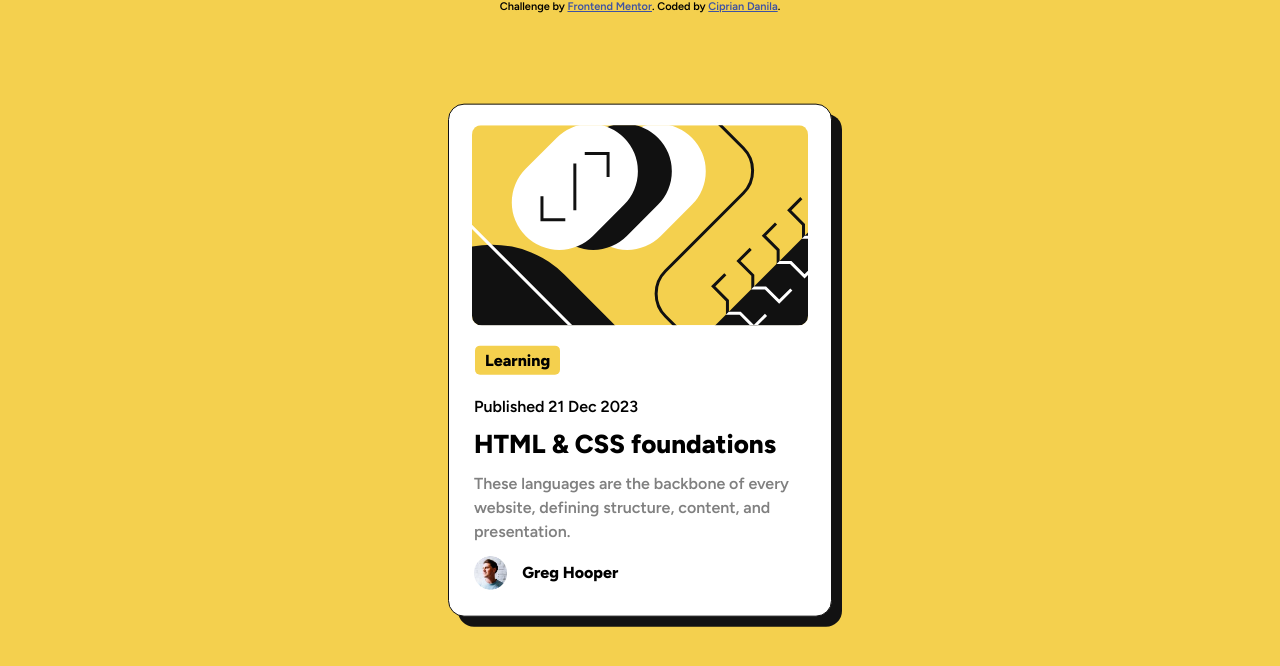
Repository: cipdanila/blog-preview-card
Page: index.html
An editor plug-in stored every save of this project. The page is shown before and after the next save, followed by the edit.
The browser window is 1280 px wide. The pictures show the whole page.

Above is the page before, as saved 2024-01-26 19:09:24.

After the next save:
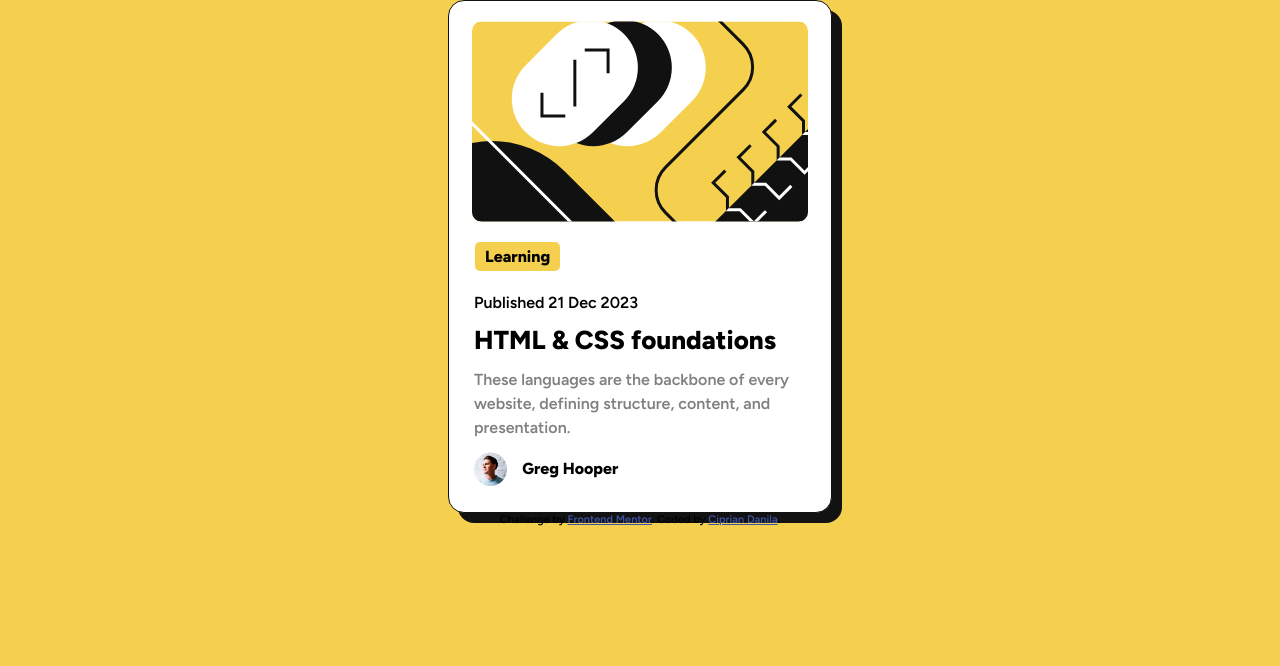
Saved 16 s later.
--- a/style.css
+++ b/style.css
@@ -38,10 +38,6 @@
     flex-direction: column;
     align-items: center;
     background-color: var(--white);
-    position: absolute;
-    top: 50%;
-    left: 50%;
-    transform: translate(-50%, -50%);
 }
 
 .image img {
